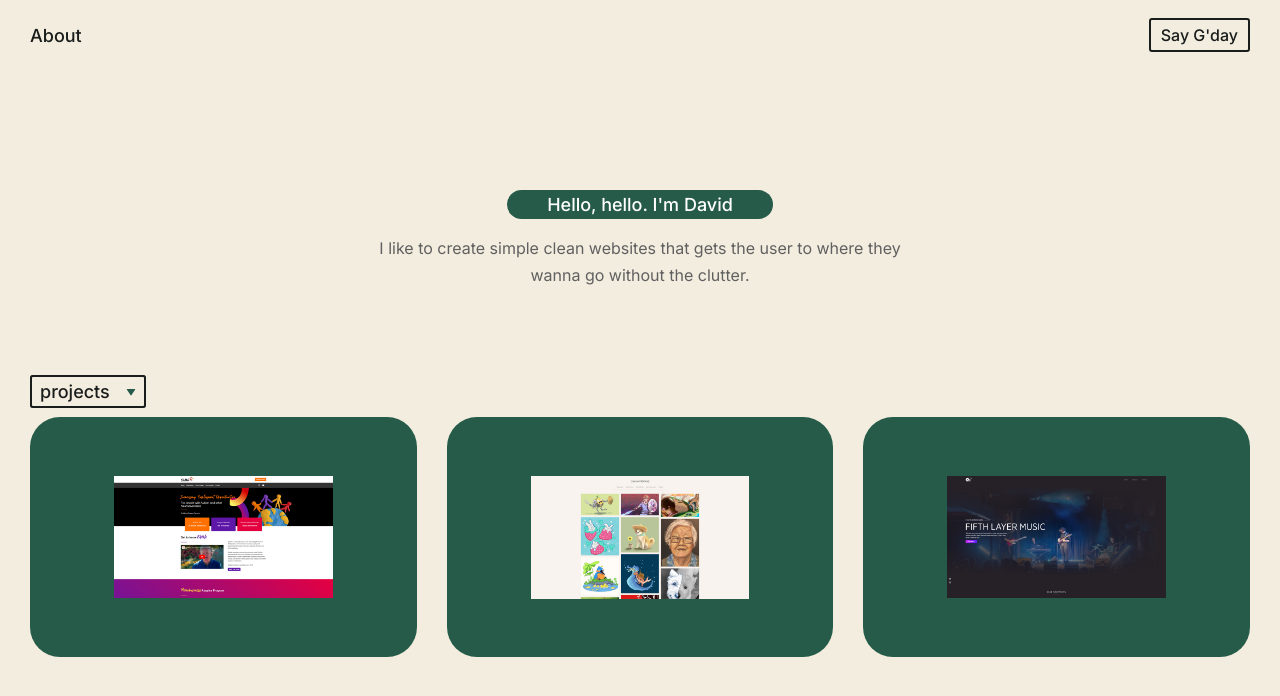
Repository: David-Waite/David-Waite-Portfolio
Page: /
An editor plug-in stored every save of this project. The page is shown before and after the next save, followed by the edit.
The browser window is 1280 px wide. The pictures show the whole page.
The project was rebuilt for these pictures with package versions that can differ from the ones it lists, and the page was loaded fresh each time. Some packages were replaced by stand-ins written for this rebuild. The framework's server and built-in components were replaced by stand-ins that run in the browser. Also part of the build but not shown: next.config.js.

Above is the page before, as saved 2023-07-27 08:24:42.

### app/layout.tsx
import "./globals.css";
import type { Metadata } from "next";
import { Inter } from "next/font/google";
import Link from "next/link";
import NavBar from "./components/Nav/NavBar/NavBar";

const inter = Inter({ subsets: ["latin"] });

export const metadata: Metadata = {
  title: "Create Next App",
  description: "Generated by create next app",
};

export default function RootLayout({
  children,
}: {
  children: React.ReactNode;
}) {
  return (
    <html lang="en">
      <body className={inter.className}>
        <NavBar />
        {children}
      </body>
    </html>
  );
}

### app/page.tsx
"use client";
import { useState } from "react";
import Dropdown from "./components/Dropdown/Dropdown";
import Projects from "./components/Nav/Home/Projects/Projects";
import styles from "./page.module.css";
import Image from "next/image";

import { BiSolidDownArrow } from "react-icons/bi";
export default function Home() {
  const projects: any = [
    {
      image: "/Edable.jpg",
      imageAlt: "Edable Home",
      link: "www.edable.org.au",
      description:
        "A charity working on employing and educating in the field of autism",
      madeWith: ["Next.Js", "Contentful"],
    },
    {
      image: "/CassieFleming.jpg",
      imageAlt: "Cassie Fleming illustrations",
      link: "www.cassiefleming.com",
      description: "An animation portfolio",
      madeWith: ["Next.Js", "Contentful"],
    },

    {
      image: "/FifthLayerMusic.jpg",
      imageAlt: "Fifth layer music home",
      link: "fifth-layer-music.vercel.app",
      description: "A platform for musicians to do what they do best",
      madeWith: ["Next.Js"],
    },
  ];

  const work: any = [
    {
      image: "/FifthLayerMusic.jpg",
      imageAlt: "Fifth layer music home",
      link: "fifth-layer-music.vercel.app",
      description: "A platform for musicians to do what they do best",
      madeWith: ["Next.Js"],
    },
  ];

  const [dropdown, setDropdown] = useState({
    selected: "projects",
    unselected: "Work",
  });

  function handleSelect() {
    setDropdown((prev) => {
      return {
        selected: prev.unselected,
        unselected: prev.selected,
      };
    });
  }

  return (
    <main className={styles.main}>
      <div className={styles.headingContainer}>
        <h1>Hello, hello. I&apos;m David</h1>
        <p>
          I like to create simple clean websites that gets the user to where
          they wanna go without the clutter.
        </p>
      </div>
      <label htmlFor="enquiring"></label>
      <Dropdown onClick={handleSelect} dropdown={dropdown} />
      <Projects data={dropdown.selected === "projects" ? projects : work} />
    </main>
  );
}

### app/contact/send/route.ts
import mail from "@sendgrid/mail";
import { NextResponse } from "next/server";

// Create an api key in sendgrid and store someplace safe
mail.setApiKey(process.env.SENDGRID_API_KEY || "");

type ResponseData = {
  status?: string;
  message?: string;
};

export async function POST(request: Request) {
  let response: ResponseData = {};
  const body = await request.json();
  // I know the formData I sent in my request has name, email, and message fields so I'm just manually grabbing them to format a message
  const message = `
    Name: ${body.name}\r\n
    Email: ${body.email}\r\n
    Message: ${body.message}

  `;
  const data = {
    to: "davidwaite122@gmail.com",
    from: "davidwaiteportfolio@zohomail.com.au",
    subject: "Contact Message via Sendgrid",
    text: message,
    html: message.replace(/\r\n/g, "<br>"),
  };

  // Send the data and create a response object. I'm using status and message to display a success or fail notification in the UI
  await mail
    .send(data)
    .then(() => {
      response = {
        status: "success",
        message: "Your message was sent. I'll be in contact shortly.",
      };
    })
    .catch((error) => {
      response = {
        status: "error",
        message: `Message failed to send with error, ${error}`,
      };
    });

  return NextResponse.json(response);
}

### app/globals.css
:root {
  --primary: #255b48;
  --black: #191d1b;
  --background: #f3eddf;
  --white: #ffffff;
  --grey: #606060;
  --error: #a83c23;
}

.paragraph {
  font-size: 18px;
  font-style: normal;
  font-weight: 400;
  line-height: 25.2px;
  color: var(--black);
}

body {
  background-color: var(--background);
}

* {
  padding: 0;
  margin: 0;
  box-sizing: border-box;
}

### app/components/Nav/NavBar/NavBar.tsx
"use client";
import NavButton from "../NavButton/NavButton";
import styles from "./navBar.module.css";
import { usePathname } from "next/navigation";

import Link from "next/link";

export default function NavBar() {
  const currentRoute = usePathname();

  return (
    <nav className={styles.container}>
      <Link
        className={styles.link}
        href={`./${currentRoute === "/" ? "about" : "/"}`}
      >
        {currentRoute === "/" ? "About" : "Home"}
      </Link>

      {currentRoute !== "/contact" && <NavButton />}
    </nav>
  );
}

### app/components/Dropdown/Dropdown.tsx
"use client";

import { useState } from "react";
import styles from "./dropdown.module.css";
import { BiSolidDownArrow } from "react-icons/bi";

export default function Dropdown(props: { onClick: any; dropdown: any }) {
  const [hoverSVG, setHoverSVG] = useState(false);
  const [hover, setHover] = useState(false);

  function handleSelect() {
    props.onClick();
    setHover(false);
  }

  const openStyle = {
    top: "-34px",
  };

  const closedStyle = {
    top: "4px",
  };

  const openSVGStyle = {
    transform: "rotate(180deg)",
  };

  const hoverSVGStyle = {
    color: "white",
  };

  return (
    <div
      className={styles.selectContainer}
      onMouseEnter={() => setHover(true)}
      onMouseLeave={() => setHover(false)}
    >
      <div
        className={styles.select}
        onMouseOver={() => setHoverSVG(true)}
        onMouseOut={() => setHoverSVG(false)}
      >
        {props.dropdown.selected}
        <BiSolidDownArrow
          style={Object.assign(
            hover && openSVGStyle,
            hoverSVG && hoverSVGStyle
          )}
        />
      </div>
      <div
        onClick={handleSelect}
        className={styles.dropdown}
        style={hover ? closedStyle : hover === false ? openStyle : closedStyle}
      >
        {props.dropdown.unselected}
      </div>
    </div>
  );
}

### app/components/Nav/Home/Projects/Projects.tsx
"use client";

import Image from "next/image";
import styles from "./projects.module.css";

export default function About(props: { data: any }) {
  const projectCardsElement: any = props.data.map((item: any) => {
    return (
      <a
        key={item.title}
        href={`https://${item.link}`}
        target="_blank"
        style={{ textDecoration: "none" }}
        className={styles.contaner}
      >
        <div className={styles.projectsCard}>
          <div className={styles.projectContainer}>
            <div className={styles.projectInfo}>
              <div></div>
              <div>
                <h2>{item.link}</h2>
                <p>{item.description}</p>
              </div>

              <ul className={styles.madeWith}>
                {item.madeWith.map((madewith: any) => (
                  <li key={item.title}>
                    {`${madewith}${
                      madewith === item.madeWith[item.madeWith.length - 1]
                        ? ""
                        : ","
                    }`}
                  </li>
                ))}
              </ul>
            </div>

            <Image
              className={styles.projectImages}
              src={item.image}
              alt={item.imageAlt}
              fill={true}
            />
          </div>
        </div>
      </a>
    );
  });
  return <div className={styles.projectsGrid}>{projectCardsElement}</div>;
}

### app/page.module.css
.main {
  margin: 0 30px;
}
.headingContainer {
  display: flex;
  flex-direction: column;
  align-items: center;
  margin: 120px 0px;
}

.headingContainer h1 {
  background-color: var(--primary);
  color: var(--white);
  font-size: 18px;
  font-weight: 500;
  padding: 4px 40px;
  border-radius: 20px;
  margin-bottom: 16px;
}

.headingContainer p {
  color: var(--grey);
  max-width: 550px;
  text-align: center;
  line-height: 27px;
}

### app/components/Nav/NavButton/NavButton.tsx
import styles from "./navButton.module.css";

import Link from "next/link";

export default function NavButton() {
  return (
    <Link className={styles.container} href={"./contact"}>
      Say G&apos;day
    </Link>
  );
}

### app/components/Nav/NavBar/navBar.module.css
.container {
  display: flex;
  align-items: center;
  justify-content: space-between;
  height: 70px;
  padding: 0 30px;
}

.link {
  color: var(--black);
  text-decoration: none;
  font-size: 18px;
  font-weight: 500;
  cursor: pointer !important;
}

.link:hover {
  color: var(--grey);
}

### app/components/Dropdown/dropdown.module.css
.selectContainer {
  display: flex;
  position: relative;
  width: 116px;

  height: 4px;
  margin-bottom: 4px;
}
.select {
  width: 116px;
  z-index: 2;
  top: -34px;
  position: absolute;
  display: flex;
  justify-content: space-between;
  align-items: center;
  gap: 16px;
  font-size: 18px;
  color: var(--black);
  border: 2px solid var(--black);
  border-radius: 3px;
  padding: 4px 8px;
  background-color: var(--background);
  margin-bottom: 8px;
  font-weight: 500;
  transition: 0.3s;
  cursor: pointer !important;
}

.select:hover {
  background-color: var(--primary);
  color: var(--white);
}

.select svg {
  font-size: 10px;
  color: var(--primary);
  transition: 0.3s;
}

.dropdown {
  position: absolute;
  z-index: 1;
  color: var(--grey);
  width: 100%;
  font-size: 18px;
  border: 2px solid var(--grey);
  border-radius: 3px;
  padding: 4px 8px;
  background-color: var(--background);
  margin-bottom: 8px;
  transition: 0.3s;
  font-weight: 500;
  cursor: pointer !important;
}

.dropdown:hover {
  background-color: var(--primary);
  color: var(--white);
  border-color: var(--black);
}

### app/components/Nav/Home/Projects/projects.module.css
.projectsGrid {
  display: grid;
  grid-template-columns: 1fr 1fr 1fr;
  gap: 30px;
}

.projectsCard {
  background-color: var(--primary);
  height: calc((100vw / 3) / 16 * 9);
  border-radius: 30px;
  display: flex;
  align-items: center;
  justify-content: center;
}

.projectContainer {
  position: relative;
  height: calc(100% - 120px);
  width: calc(100% - 168px);
  border-radius: 3px;
  overflow: hidden;
}
.projectImages {
  object-fit: contain;
  z-index: 0;
  transition: 0.4s;
  border-radius: 10px;
}
.projectInfo {
  position: absolute;
  top: 50%;
  left: 50%;
  width: 100%;
  height: 100%;
  transform: translate(-50%, -50%);
  z-index: 2;
  display: flex;
  flex-direction: column;
  justify-content: space-between;
  opacity: 0;
  transition: 0.4s;
}

.projectsCard h2 {
  margin-top: auto;
  text-align: center;
  color: var(--white);
  font-size: 18px;
  font-weight: 500;
}

.projectsCard p {
  font-size: 18px;
  text-align: center;
  margin: 8px 30px 0 30px;
  color: var(--white);
  font-weight: 300;
  margin-bottom: auto;
}

.madeWith {
  list-style: none;
  display: flex;
  justify-content: center;
  gap: 8px;
  color: #a7a7a7;
  font-size: 14.4px;
}

.contaner:hover .projectImages {
  opacity: 0;
  transform: scale(1.1);
}

.contaner:hover .projectInfo {
  opacity: 1;
}

@media (max-width: 1700px) {
  .projectContainer {
    position: relative;
    height: calc(100% - 40px);
    width: calc(100% - 168px);
    border-radius: 3px;
    overflow: hidden;
  }
}

### app/components/Nav/NavButton/navButton.module.css
.container {
  border: 2px solid var(--black);
  color: var(--black);
  font-weight: 500;
  border-radius: 3px;
  padding: 5px 10px;
  transition: 0.3s;
  text-decoration: none;
  cursor: pointer !important;
}

.container:hover {
  background-color: var(--primary);
  color: var(--white);
}

After the next save:
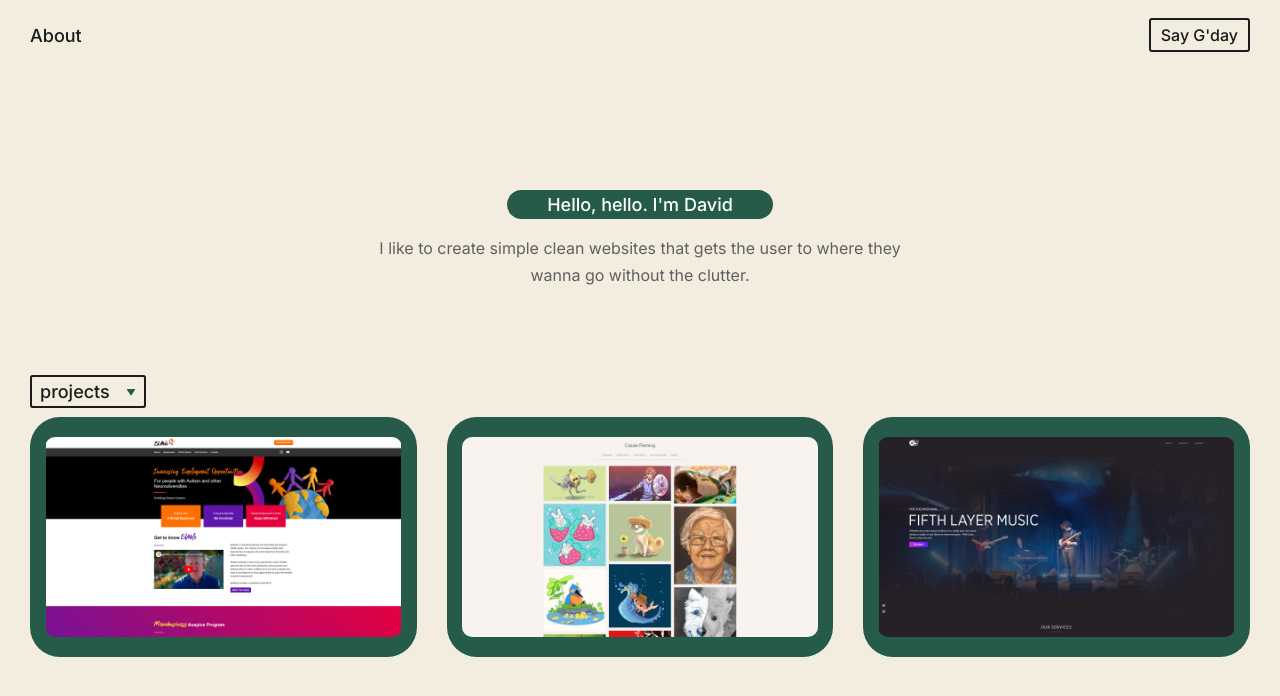
Saved 5 s later.
--- a/app/components/Nav/Home/Projects/projects.module.css
+++ b/app/components/Nav/Home/Projects/projects.module.css
@@ -80,7 +80,7 @@
   .projectContainer {
     position: relative;
     height: calc(100% - 40px);
-    width: calc(100% - 168px);
+    width: calc(100% - 30px);
     border-radius: 3px;
     overflow: hidden;
   }
